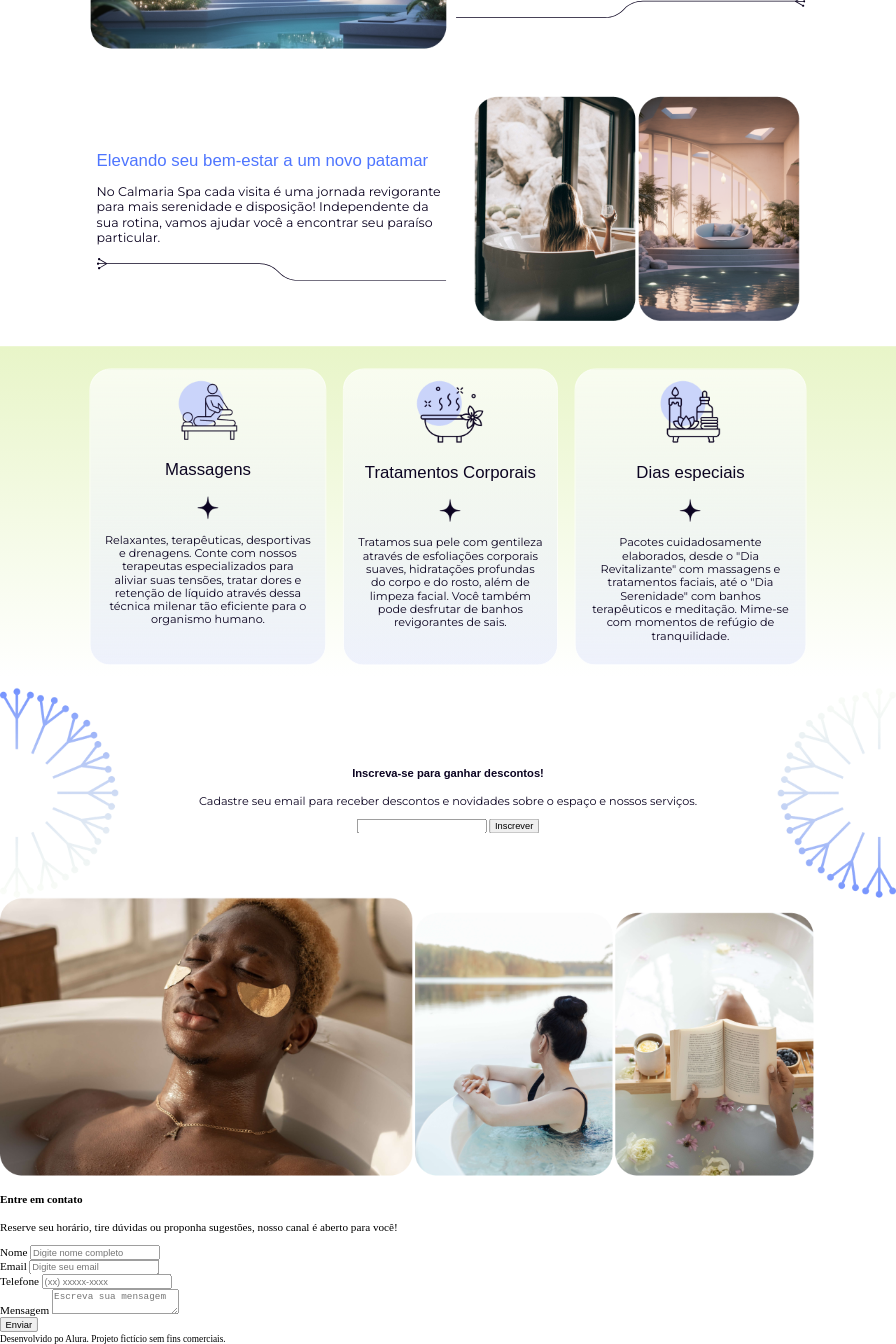
Repository: joaoPraiaJunior/curso-sass
Page: index.html
These files come from the project's save history. The page is drawn as it stood at one moment and after the next save; the edit follows.
The browser window is 1280 px wide. The pictures show the part of the page from y = 1102 to 3022 px (the page is 3022 px tall), at 70% of full size.
Some web fonts or font styles are not loaded; a fallback is used. The style sheet was rebuilt from its Sass, Less or Tailwind sources for each picture, by a compiler version that may differ from the author's.

Above is the page before, as saved 2024-07-06 18:36:13.

### index.html
<!DOCTYPE html>
<html lang="pt-BR">

<head>
    <meta charset="UTF-8">
    <meta name="viewport" content="width=device-width, initial-scale=1.0">
    <link rel="stylesheet" href="/styles/styles.css">
    <link rel="preconnect" href="https://fonts.googleapis.com">
    <link rel="preconnect" href="https://fonts.gstatic.com" crossorigin>
    <link href="https://fonts.googleapis.com/css2?family=Krona+One&family=Montserrat:wght@400;600;700&display=swap" rel="stylesheet">
    <title>Calmaria</title>
</head>

<body>
    <header>
        <img src="./assets/logo.png" alt="logo">
        <nav>
            <ul>
                <li><a href="#nosso-espaco">Nosso espaço</a></li>
                <li><a href="#servico">Servicos</a></li>
                <li><a href="#contatos">Contato</a></li>
            </ul>
        </nav>
    </header>
    <main>
        <section id="home">
            <div class="home-conteudo">
                <div class="textos-home">
                    <h1>Boas-vindas ao seu refúgio de <span> paz e bem-estar</span></h1>
                    <button class="btn-main">Quero relaxar!</button>
                </div>
                <div class="img-home">
                    <img src="/assets/home-image.png" alt="Mulher de bruços recebendo massagem nas costas">
                </div>
            </div>
        </section>
        <section id="nosso-espaco">
            <div class="detalhes">
                <div class="imgs-espaco">
                    <img class="img-espaco" src="/assets/espaco-1.png" alt="Espaço iluminado pelo sol com design futurista composto por piscina e plantas">
                </div>
                <div class="espaco-textos">
                    <h2 class="titulo">Tecnologia e natureza potencializando seu relaxamento</h2>
                    <p class="infos">Oferecemos equipamentos de ponta, produtos certificados e uma equipe de
                        profissionais ultra qualificados para dissipar seu estresse e ajudar você na busca por
                        equilíbrio e tranquilidade.</p>
                    <img class="separador" src="./assets/separador-direita.svg" alt="separador de seções">
                </div>
            </div>
            <div class="detalhes">
                <div class="imgs-espaco">
                    <img class="img-espaco" src="/assets/espaco-2.png" alt="Mulher sentada numa banheira com uma taça na mão">
                    <img class="img-espaco" src="/assets/espaco-3.png" alt="Espaço com uma piscina e um sofá ao fundo">
                </div>
                <div class="espaco-textos">
                    <h2 class="titulo">Elevando seu bem-estar a um novo patamar</h2>
                    <p class="infos">No Calmaria Spa cada visita é uma jornada revigorante para mais serenidade e
                        disposição! Independente da sua rotina, vamos ajudar você a encontrar seu paraíso
                        particular.</p>
                    <img class="separador" src="./assets/separador-esquerda.svg" alt="separador de seções">
                </div>
            </div>
        </section>
        <section id="servico">

            <div class="cards">
                <div class="card">
                    <img src="/assets/icon-massagem.png" alt="Icone de massagem">
                    <h3 class="card-titulo">Massagens</h3>
                    <img src="./assets/Soft-Star.png" alt="soft star">
                    <p class="card-texto">Relaxantes, terapêuticas, desportivas e drenagens. Conte com nossos
                        terapeutas especializados para aliviar suas tensões, tratar dores e retenção de líquido
                        através
                        dessa técnica milenar tão eficiente para o organismo humano.</p>
                </div>
                <div class="card">
                    <img src="/assets/icon-tratamentos.png" alt="Icone de tratamento com figura de uma banheira">
                    <h3 class="card-titulo">Tratamentos Corporais</h3>
                    <img src="./assets/Soft-Star.png" alt="soft star">
                    <p class="card-texto">Tratamos sua pele com gentileza através de esfoliações corporais suaves,
                        hidratações profundas do corpo e do rosto, além de limpeza facial. Você também pode
                        desfrutar de
                        banhos revigorantes de sais.</p>
                </div>
                <div class="card">
                    <img src="/assets/icon-dias-especiais.png" alt="Icone de Dias especiais com figura de produtos">
                    <h3 class="card-titulo">Dias especiais</h3>
                    <img src="./assets/Soft-Star.png" alt="soft star">
                    <p class="card-texto">Pacotes cuidadosamente elaborados, desde o "Dia Revitalizante" com
                        massagens e tratamentos faciais, até o "Dia Serenidade" com banhos terapêuticos e meditação.
                        Mime-se com momentos de refúgio de tranquilidade.</p>
                </div>
            </div>

        </section>
        <section id="desconto">
            <img src="/assets/mandala-esquerda.png" alt="Mandala lado esquerdo">
            <div class="desconto-form">
                <h4>Inscreva-se para ganhar descontos!</h4>
                <p>Cadastre seu email para receber descontos e novidades sobre o espaço e nossos serviços.</p>
                <div class="input-btn">
                    <input type="email">
                    <button type="submit">Inscrever</button>
                </div>
            </div>
            <img src="/assets/mandala-direita.png" alt="Mandala lado direito">
        </section>
        <section id="contatos">
            <div class="contatos-imgs">
                <img src="/assets/contato-img-1.png" alt="Homem deitado em banheira">
                <img src="/assets/contato-img-2.png" alt="Mulher olhando para o horizonte dentro de uma banheira">
                <img src="/assets/contato-img-3.png" alt="Visão superior de um livro nas mãos de uma pessoa dentro de uma banheira">
            </div>
            <div class="contatos-form">
                <h4 class="titulo">Entre em contato</h4>
                <p class="infos">Reserve seu horário, tire dúvidas ou proponha sugestões, nosso canal é aberto para
                    você!</p>
                <form class="inputs">
                    <div class="form-group">
                        <label for="nomeContato">Nome</label>
                        <input type="text" id="nomeContato" placeholder="Digite nome completo">
                    </div>
                    <div class="form-group">
                        <label for="emailContato">Email</label>
                        <input type="email" id="emailContato" placeholder="Digite seu email">
                    </div>
                    <div class="form-group">
                        <label for="telefoneContato">Telefone</label>
                        <input type="text" id="telefoneContato" placeholder="(xx) xxxxx-xxxx">
                    </div>
                    <div class="form-group">
                        <label for="mensagemContato">Mensagem</label>
                        <textarea id="mensagemContato" placeholder="Escreva sua mensagem"></textarea>
                    </div>
                    <button class="btn">Enviar</button>
                </form>
            </div>
        </section>
    </main>
    <footer>
        <small>Desenvolvido po Alura. Projeto fictício sem fins comerciais.</small>
    </footer>
</body>

</html>

### styles/styles.scss
@use './abstract/root';

@use './components/header';
@use './components/home';
@use './components/nosso-espaco';
@use './components/servicos';
@use './components/desconto';

### styles/abstract/_root.scss
html {
  font-size: 62.5%;
}

body {
  font-size: 1.6rem;
  margin: 0;
  padding: 0;
  box-sizing: border-box;
}

### styles/components/_header.scss
@use "../abstract/variaveis";
@use "../abstract/mixins";

header {
  display: flex;
  flex-direction: column;
  align-items: center;
  gap: 1.6rem;
  background-color: variaveis.$cor-quaternaria;
  padding: 3.2rem;

  nav {
    border-top: 1px solid variaveis.$cor-primaria;
    width: 80%;

    ul {
      display: flex;
      justify-content: center;
      gap: 4.8rem;
      padding: 0;
      li {
        list-style-type: none;
        a {
            @include mixins.estilos-fontes(variaveis.$ft-textos, 2.2rem, variaveis.$cor-primaria);
          font-weight: 500;
          text-decoration: none;
          transition: all .1s ease-in-out;
          &:hover {
            font-weight: bolder;
          }
        }
      }
    }
  }
}

### styles/abstract/_variaveis.scss
//Variáveis
//Cores
$cor-primaria: #0C0421;
$cor-secundaria: #4e75ff;
$cor-terciaria: #85a0ff;
$cor-quaternaria: #E8F5C8;
$cor-default: #CAD4FA;
$gradiente-primario: linear-gradient(180deg, #E8F5C8 0%, #FFFFFF 96.87%);
$gradiente-secundario: linear-gradient(180deg, rgba(255, 255, 255, 0.7) 0%, rgba(202, 212, 250, 0.3) 100%);
//Fontes
$ft-textos: 'Montserrat', sans-serif;
$ft-titulos: 'Krona One', sans-serif;

### styles/abstract/_mixins.scss
@mixin margem-centralizada($width) {
    width: $width;
    margin: 0 auto;
}

@mixin estilos-fontes($font-family, $font-size, $font-color) {
    font-family: $font-family;
    font-size: $font-size;
    color: $font-color;
}

### styles/components/_home.scss
@use "../abstract/variaveis";
@use "../abstract/mixins";

#home {
  background: variaveis.$gradiente-primario;

  .home-conteudo {
    display: flex;
    align-items: center;
    @include mixins.margem-centralizada(80%);
    max-width: 1040px;
    .textos-home {
      max-width: 464px;
      h1 {
        font-family: variaveis.$ft-titulos;
        font-size: 4.2rem;
        color: variaveis.$cor-primaria;
        margin-bottom: 3.2rem;
        span {
          color: variaveis.$cor-secundaria;
        }
      }

      .btn-main {
        font-family: variaveis.$ft-textos;
        font-size: 2.2rem;
        font-weight: 600;
        color: variaveis.$cor-quaternaria;
        background-color: variaveis.$cor-secundaria;
        width: 28rem;
        border: none;
        padding: 2.4rem;
        border-radius: 40px;
        cursor: pointer;
        transition: all .3s ease-in-out;

        &:hover {
          color: variaveis.$cor-primaria;
          background-color: variaveis.$cor-default;
        }
      }
    }

    .img-home {
      max-width: 474px;
      img {
        width: 100%;
      }
    }
  }
}

### styles/components/_nosso-espaco.scss
@use "../abstract/variaveis";
@use "../abstract/mixins";

#nosso-espaco {
    @include mixins.margem-centralizada(80%);
    .detalhes {
        display: inline-flex;
        align-items: center;
        justify-content: space-around;
        gap: 2rem;
        width: 100%;
        padding: 3.2rem 0;
        .imgs-espaco {
            max-width: 500px;
        }

        .espaco-textos {
            @extend .imgs-espaco;
            .titulo {
                @include mixins.estilos-fontes(variaveis.$ft-titulos, 2.4rem, variaveis.$cor-secundaria);
                font-weight: 500;
            }

            .infos {
                @include mixins.estilos-fontes(variaveis.$ft-textos, 1.8rem, variaveis.$cor-primaria);
            }
            .separador {
                width: 100%;
            }
        }
        &:nth-child(2) {
            flex-direction: row-reverse;
        }
    }
}

### styles/components/_servicos.scss
@use "../abstract/variaveis";
@use "../abstract/mixins";

#servico {
    background: variaveis.$gradiente-primario;

    .cards {
        display: flex;
        gap: 2.4rem;
        @include mixins.margem-centralizada(80%);
        padding: 3.2rem 0;

        .card {
            background: variaveis.$gradiente-secundario;
            text-align: center;
            border: 1px solid #fff;
            padding: 1.6rem 2rem;
            border-radius: 3rem;

            &-titulo {
                @include mixins.estilos-fontes(variaveis.$ft-titulos, 2.4rem, variaveis.$cor-primaria);
                font-weight: 500;
            }
            &-texto {
                @include mixins.estilos-fontes(variaveis.$ft-textos, 1.6rem, variaveis.$cor-primaria);
            }
        }
    }
}

### styles/components/_desconto.scss
@use "../abstract/variaveis";
@use "../abstract/mixins";

#desconto {
    display: flex;
    align-items: center;
    justify-content:space-between;
    text-align: center;

    h4 {
        @include mixins.estilos-fontes(variaveis.$ft-titulos, 1.6rem, variaveis.$cor-primaria);
    }
    p {
        @include mixins.estilos-fontes(variaveis.$ft-textos, 1.6rem, variaveis.$cor-primaria);
    }
}

After the next save:
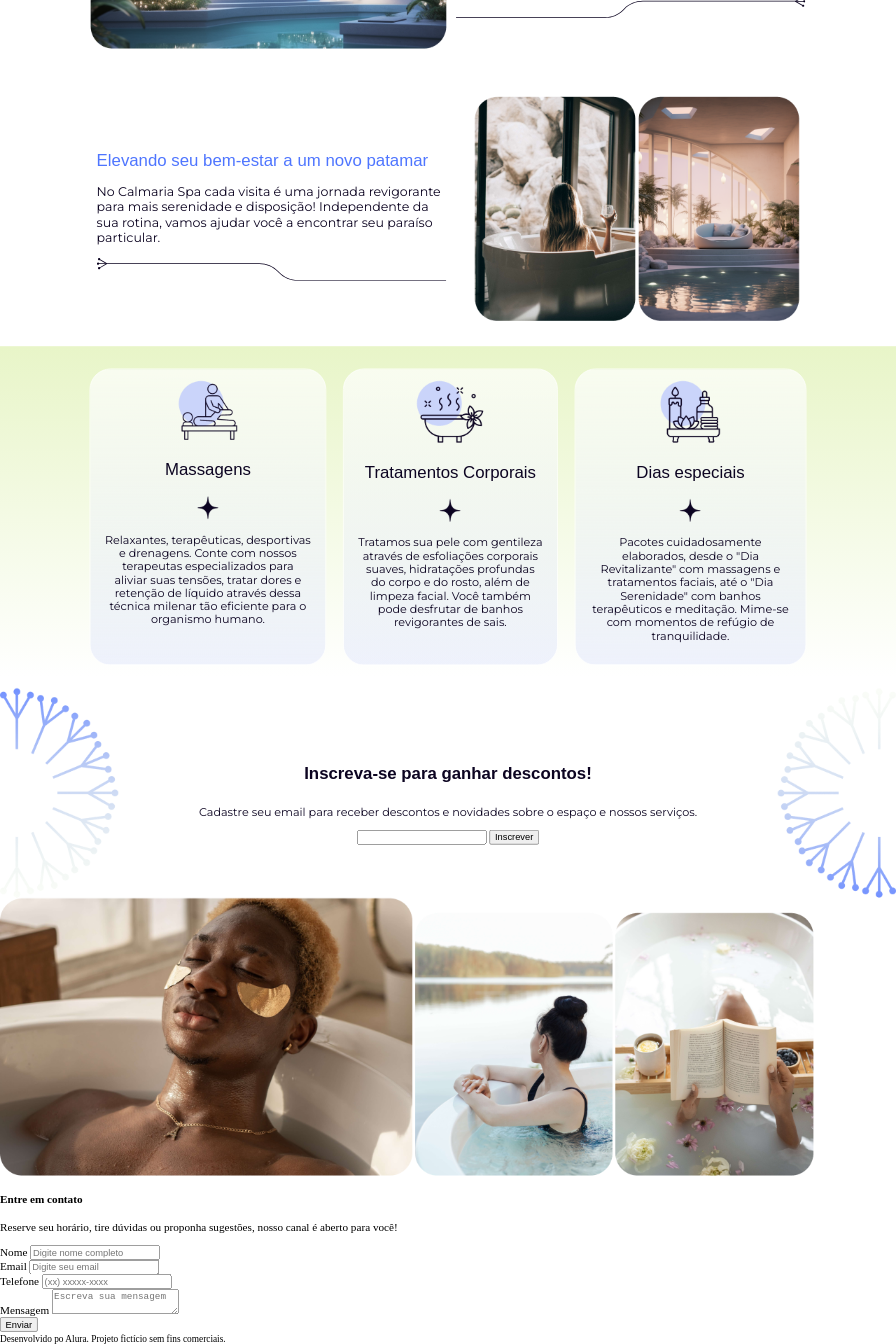
Saved 86 s later.
--- a/styles/components/_desconto.scss
+++ b/styles/components/_desconto.scss
@@ -8,7 +8,7 @@
     text-align: center;
 
     h4 {
-        @include mixins.estilos-fontes(variaveis.$ft-titulos, 1.6rem, variaveis.$cor-primaria);
+        @include mixins.estilos-fontes(variaveis.$ft-titulos, 2.4rem, variaveis.$cor-primaria);
     }
     p {
         @include mixins.estilos-fontes(variaveis.$ft-textos, 1.6rem, variaveis.$cor-primaria);
